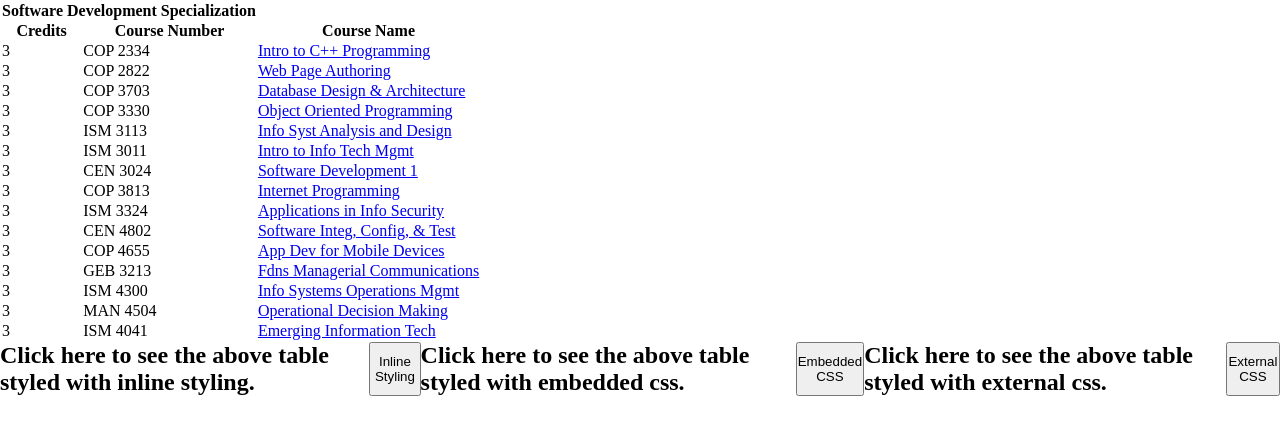
Repository: mlmEFSC21/P5-DegreeTableStyling
Page: index.html
The author's editor kept a copy of each file at every save. The page is drawn from the files as they stood at one save, then again after the next save.
The browser window is 1280 px wide. The pictures show the whole page.

Above is the page before, as saved 2022-02-09 14:09:03.

### index.html
<!DOCTYPE html>
<html lang="en">
    <head>
        <meta charset="UTF-8" />
        <meta http-equiv="X-UA-Compatible" content="IE=edge" />
        <meta name="viewport" content="width=device-width, initial-scale=1.0" />
        <title>Degree Specialization Table</title>
        <link rel="stylesheet" href="Styles.css" />
    </head>
    <body>
        <section class="tableContainer">
            <table>
                <thead>
                    <tr>
                        <th colspan="2">Software Development Specialization</th>
                    </tr>
                    <tr>
                        <th>Credits</th>
                        <th>Course Number</th>
                        <th>Course Name</th>
                    </tr>
                </thead>
                <tbody>
                    <tr>
                        <td>3</td>
                        <td>COP 2334</td>
                        <td>
                            <a
                                href="https://bannerweb.easternflorida.edu/prod/bwckctlg.p_disp_course_detail?cat_term_in=202210&subj_code_in=COP&crse_numb_in=2334"
                                >Intro to C++ Programming</a
                            >
                        </td>
                    </tr>
                    <tr>
                        <td>3</td>
                        <td>COP 2822</td>
                        <td>
                            <a
                                href="https://bannerweb.easternflorida.edu/prod/bwckctlg.p_disp_course_detail?cat_term_in=202210&subj_code_in=COP&crse_numb_in=2822"
                                >Web Page Authoring</a
                            >
                        </td>
                    </tr>
                    <tr>
                        <td>3</td>
                        <td>COP 3703</td>
                        <td>
                            <a
                                href="https://bannerweb.easternflorida.edu/prod/bwckctlg.p_disp_course_detail?cat_term_in=202210&subj_code_in=COP&crse_numb_in=3703"
                                >Database Design & Architecture</a
                            >
                        </td>
                    </tr>
                    <tr>
                        <td>3</td>
                        <td>COP 3330</td>
                        <td>
                            <a
                                href="https://bannerweb.easternflorida.edu/prod/bwckctlg.p_disp_course_detail?cat_term_in=202210&subj_code_in=COP&crse_numb_in=3330"
                                >Object Oriented Programming</a
                            >
                        </td>
                    </tr>
                    <tr>
                        <td>3</td>
                        <td>ISM 3113</td>
                        <td>
                            <a
                                href="https://bannerweb.easternflorida.edu/prod/bwckctlg.p_disp_course_detail?cat_term_in=202210&subj_code_in=ISM&crse_numb_in=3113"
                                >Info Syst Analysis and Design</a
                            >
                        </td>
                    </tr>
                    <tr>
                        <td>3</td>
                        <td>ISM 3011</td>
                        <td>
                            <a
                                href="https://bannerweb.easternflorida.edu/prod/bwckctlg.p_disp_course_detail?cat_term_in=202210&subj_code_in=ISM&crse_numb_in=3011"
                                >Intro to Info Tech Mgmt</a
                            >
                        </td>
                    </tr>
                    <tr>
                        <td>3</td>
                        <td>CEN 3024</td>
                        <td>
                            <a
                                href="https://bannerweb.easternflorida.edu/prod/bwckctlg.p_disp_course_detail?cat_term_in=202210&subj_code_in=CEN&crse_numb_in=3024"
                                >Software Development 1</a
                            >
                        </td>
                    </tr>
                    <tr>
                        <td>3</td>
                        <td>COP 3813</td>
                        <td>
                            <a
                                href="https://bannerweb.easternflorida.edu/prod/bwckctlg.p_disp_course_detail?cat_term_in=202210&subj_code_in=COP&crse_numb_in=3813"
                                >Internet Programming</a
                            >
                        </td>
                    </tr>
                    <tr>
                        <td>3</td>
                        <td>ISM 3324</td>
                        <td>
                            <a
                                href="https://bannerweb.easternflorida.edu/prod/bwckctlg.p_disp_course_detail?cat_term_in=202210&subj_code_in=ISM&crse_numb_in=3324"
                                >Applications in Info Security</a
                            >
                        </td>
                    </tr>
                    <tr>
                        <td>3</td>
                        <td>CEN 4802</td>
                        <td>
                            <a
                                href="https://bannerweb.easternflorida.edu/prod/bwckctlg.p_disp_course_detail?cat_term_in=202210&subj_code_in=CEN&crse_numb_in=4802"
                                >Software Integ, Config, & Test</a
                            >
                        </td>
                    </tr>
                    <tr>
                        <td>3</td>
                        <td>COP 4655</td>
                        <td>
                            <a
                                href="https://bannerweb.easternflorida.edu/prod/bwckctlg.p_disp_course_detail?cat_term_in=202210&subj_code_in=COP&crse_numb_in=4655"
                                >App Dev for Mobile Devices</a
                            >
                        </td>
                    </tr>
                    <tr>
                        <td>3</td>
                        <td>GEB 3213</td>
                        <td>
                            <a
                                href="https://bannerweb.easternflorida.edu/prod/bwckctlg.p_disp_course_detail?cat_term_in=202210&subj_code_in=GEB&crse_numb_in=3213"
                                >Fdns Managerial Communications</a
                            >
                        </td>
                    </tr>
                    <tr>
                        <td>3</td>
                        <td>ISM 4300</td>
                        <td>
                            <a
                                href="https://bannerweb.easternflorida.edu/prod/bwckctlg.p_disp_course_detail?cat_term_in=202210&subj_code_in=ISM&crse_numb_in=4300"
                                >Info Systems Operations Mgmt</a
                            >
                        </td>
                    </tr>
                    <tr>
                        <td>3</td>
                        <td>MAN 4504</td>
                        <td>
                            <a
                                href="https://bannerweb.easternflorida.edu/prod/bwckctlg.p_disp_course_detail?cat_term_in=202210&subj_code_in=MAN&crse_numb_in=4504"
                                >Operational Decision Making</a
                            >
                        </td>
                    </tr>
                    <tr>
                        <td>3</td>
                        <td>ISM 4041</td>
                        <td>
                            <a
                                href="https://bannerweb.easternflorida.edu/prod/bwckctlg.p_disp_course_detail?cat_term_in=202210&subj_code_in=ISM&crse_numb_in=4041"
                                >Emerging Information Tech</a
                            >
                        </td>
                    </tr>
                </tbody>
            </table>
        </section>
        <section class="linksContainer">
            <h2>Click here to see the above table styled with inline styling.</h2>
            <button onclick="window.location.href='FormattedProgramSpecialization1.html'">
                Inline Styling
            </button>
            <h2>Click here to see the above table styled with embedded css.</h2>
            <button onclick="window.location.href='FormattedProgramSpecialization2.html'">
                Embedded CSS
            </button>
            <h2>Click here to see the above table styled with external css.</h2>
            <button onclick="window.location.href='FormattedProgramSpecialization3.html'">
                External CSS
            </button>
        </section>
    </body>
</html>

### Styles.css
*,
*::before,
*::after {
    margin: 0;
    padding: 0;
    box-sizing: border-box;
}
.tableContainer {
    align-content: center;
}
.linksContainer {
    display: flex;
}

After the next save:
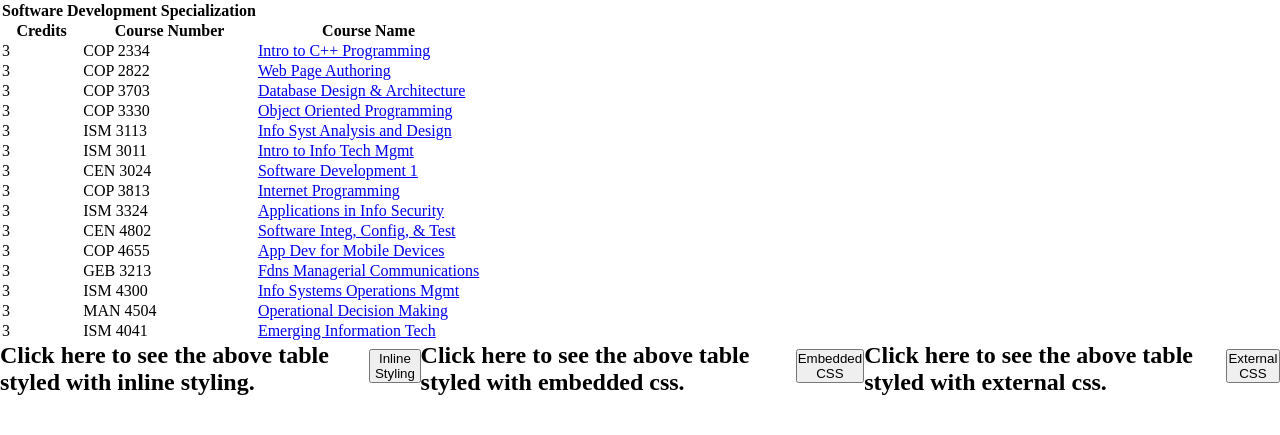
Saved 2 min 6 s later.
--- a/Styles.css
+++ b/Styles.css
@@ -10,4 +10,5 @@
 }
 .linksContainer {
     display: flex;
+    align-items: baseline;
 }
